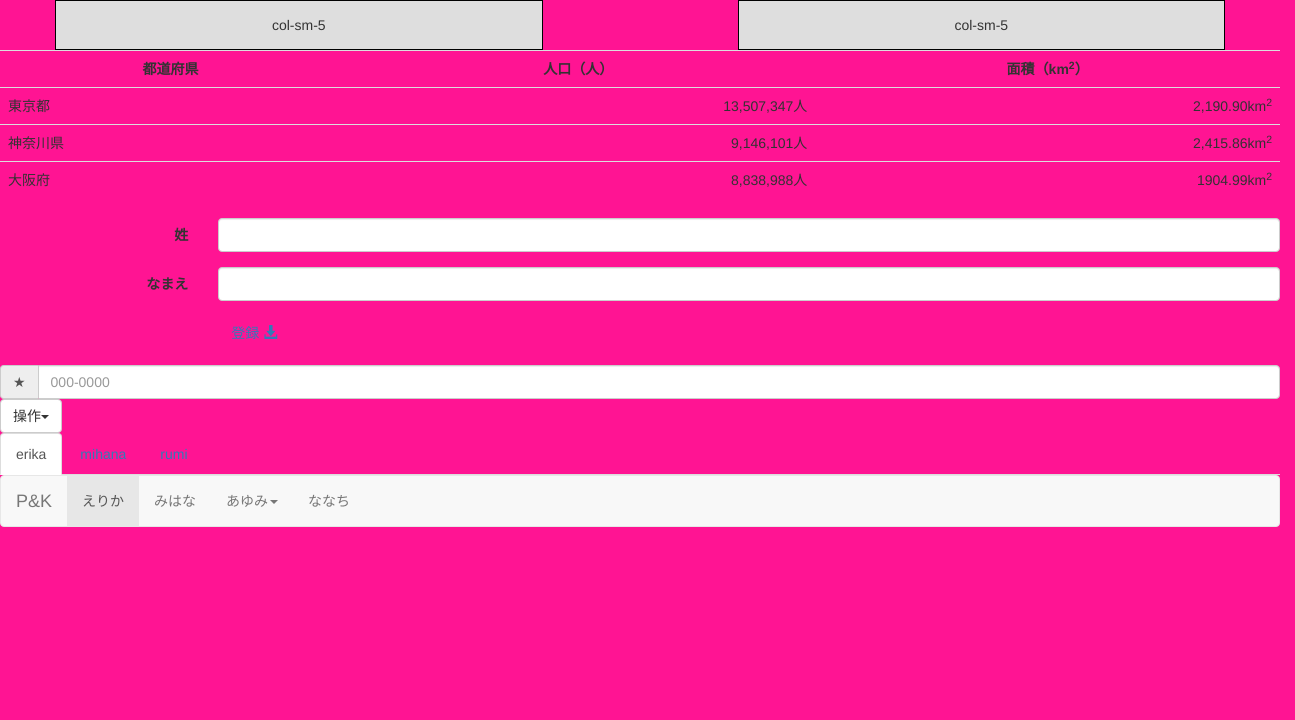
Repository: miyuokada/microposts
Page: bootstrap_lesson.html
The author's editor kept a record of every edit. The page is drawn from the files as they stood at one moment, then again after the next edit.
The browser window is 1280 px wide. The page is 1295 px wide, so the pictures cover 1295 px, including what lies to the right of the window. The pictures show the whole page.

Above is the page before.

After the next edit:
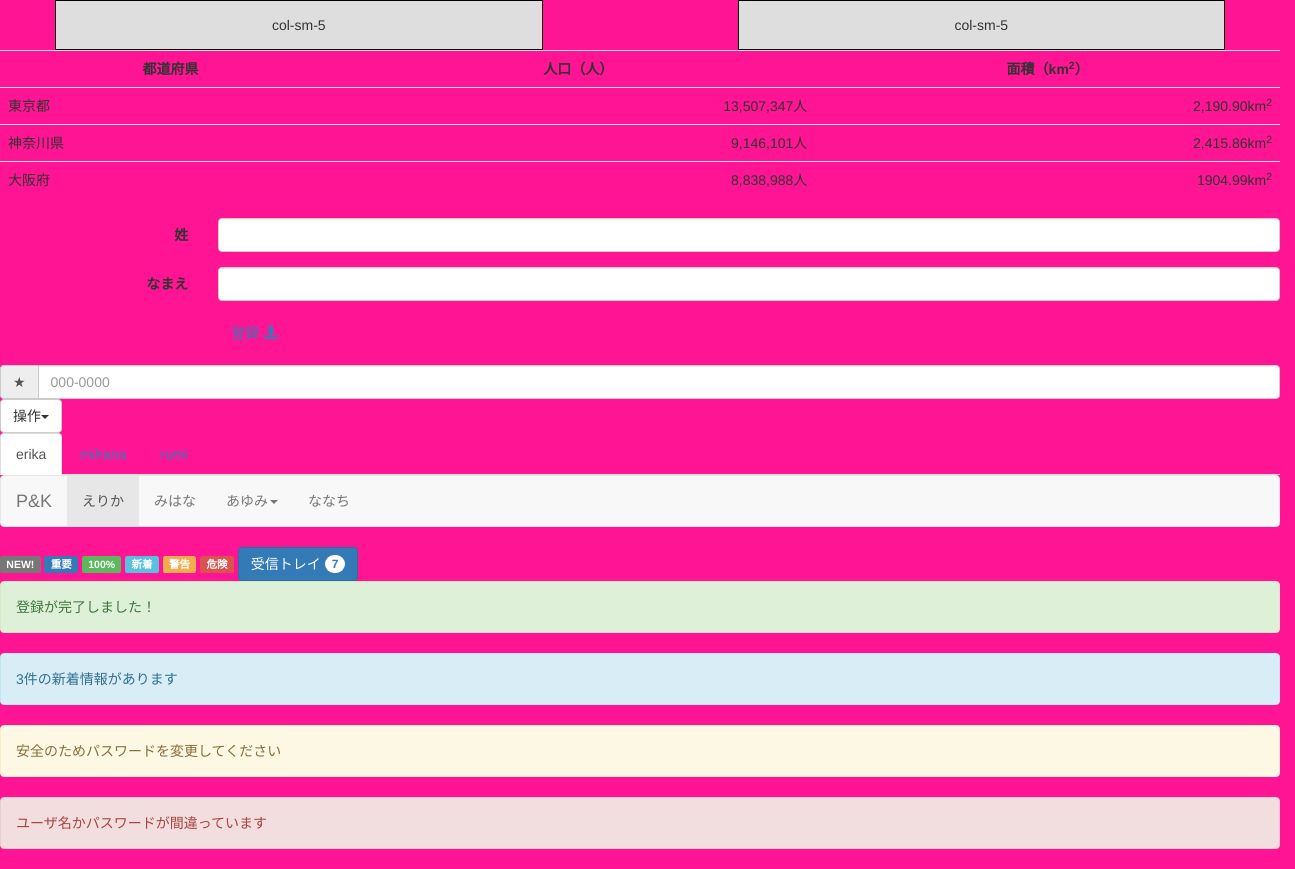
The edit:
--- a/bootstrap_lesson.html
+++ b/bootstrap_lesson.html
@@ -142,5 +142,21 @@
     </div><!-- /.navbar-collapse -->
   </div><!-- /.container-fluid -->
 </nav>
+
+<span class="label label-default">NEW!</span>
+<span class="label label-primary">重要</span>
+<span class="label label-success">100%</span>
+<span class="label label-info">新着</span>
+<span class="label label-warning">警告</span>
+<span class="label label-danger">危険</span>
+
+<button class="btn btn-primary" type="button">
+  受信トレイ <span class="badge">7</span>
+</button>
+
+<div class="alert alert-success" role="alert">登録が完了しました！</div>
+<div class="alert alert-info" role="alert">3件の新着情報があります</div>
+<div class="alert alert-warning" role="alert">安全のためパスワードを変更してください</div>
+<div class="alert alert-danger" role="alert">ユーザ名かパスワードが間違っています</div>
     </body>
 </html>
